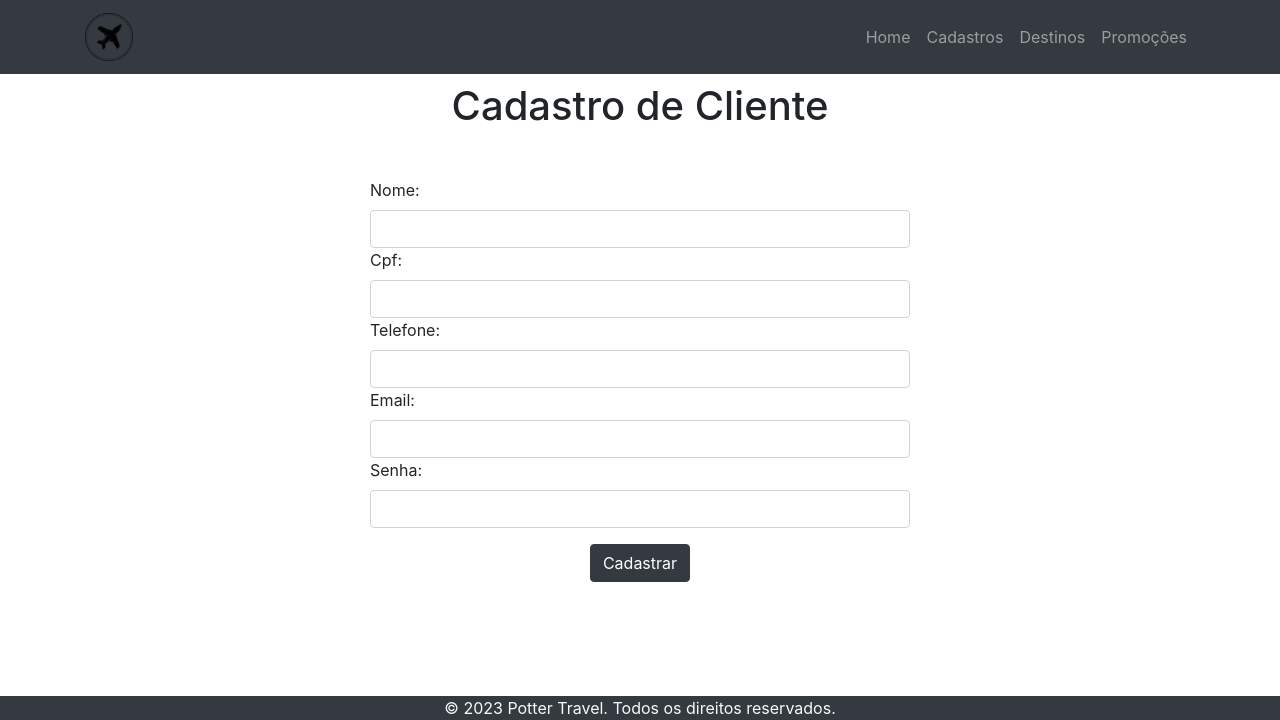
Repository: marcelledssantos/PotterTravel-MVC
Page: http://localhost/PotterTravel-MVC/cadastro.jsp
These files come from the project's save history. The page is drawn as it stood at one moment and after the next save; the edit follows.
The browser window is 1280 px wide. The pictures show the whole page.
Some web libraries are served in a nearby version. The page is served by Tomcat 9.

Above is the page before, as saved 2023-11-03 00:00:52.

After the next save:
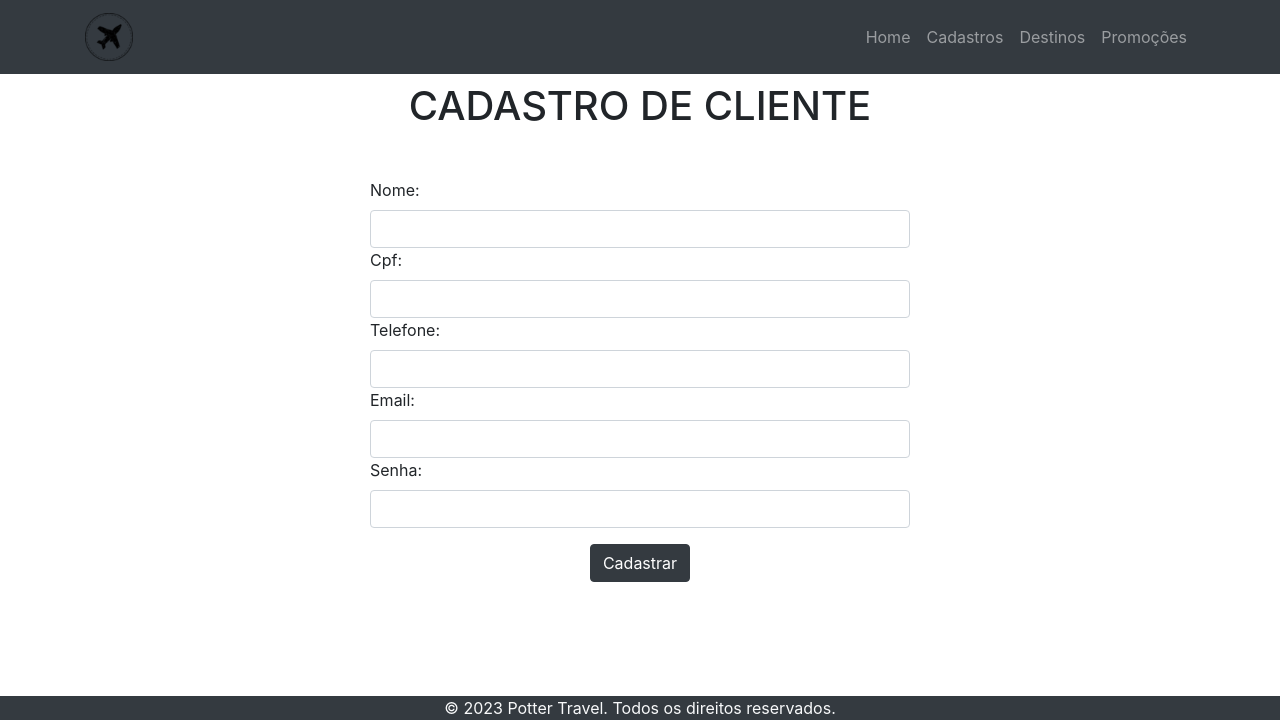
Saved 94 s later.
--- a/PotterTravel-MVC/src/main/webapp/cadastro.jsp
+++ b/PotterTravel-MVC/src/main/webapp/cadastro.jsp
@@ -38,7 +38,7 @@
 	<div class="container">
 		<div class="row justify-content-center">
 			<div class="col-md-6">
-				<h1 class="mt-2 text-center">Cadastro de Cliente</h1>
+				<h1 class="mt-2 text-center text-uppercase">Cadastro de Cliente</h1>
 				<form class="mt-5" action="CreateController" method="post">
 					<div class="form-group">
 
